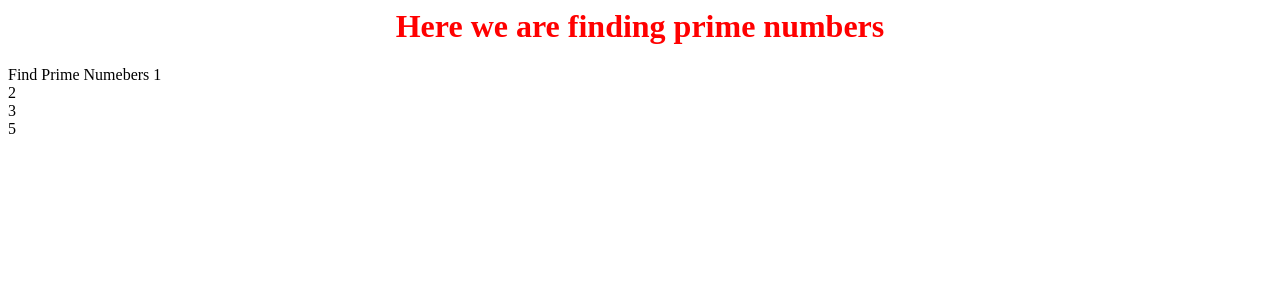
Repository: AbhishekSinghChouhan45/JSP-Projects
Page: http://localhost/JSP-22PrimeNumberFromCustomeTag/index.jsp
The author's editor kept a copy of each file at every save. The page is drawn from the files as they stood at one save, then again after the next save.
The browser window is 1280 px wide. The pictures show the whole page.
The page is served by Tomcat 10.

Above is the page before, as saved 2023-12-06 06:58:33.

After the next save:
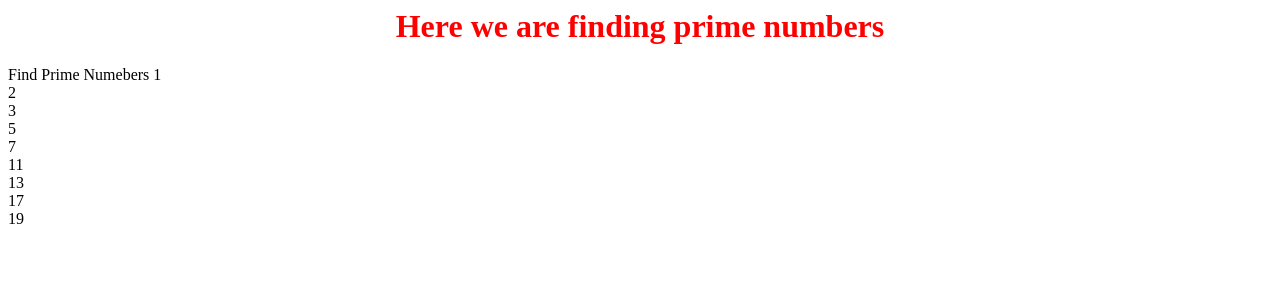
Saved 30 s later.
--- a/JSP-22PrimeNumberFromCustomeTag/src/main/webapp/index.jsp
+++ b/JSP-22PrimeNumberFromCustomeTag/src/main/webapp/index.jsp
@@ -1,3 +1,3 @@
 <%@ taglib uri="https://nareshit.com/org" prefix="fprime"%>
 <h1 style="color: red;text-align: center">Here we are finding prime numbers</h1>
-<fprime:find x="5"/>
+<fprime:find x="20"/>
